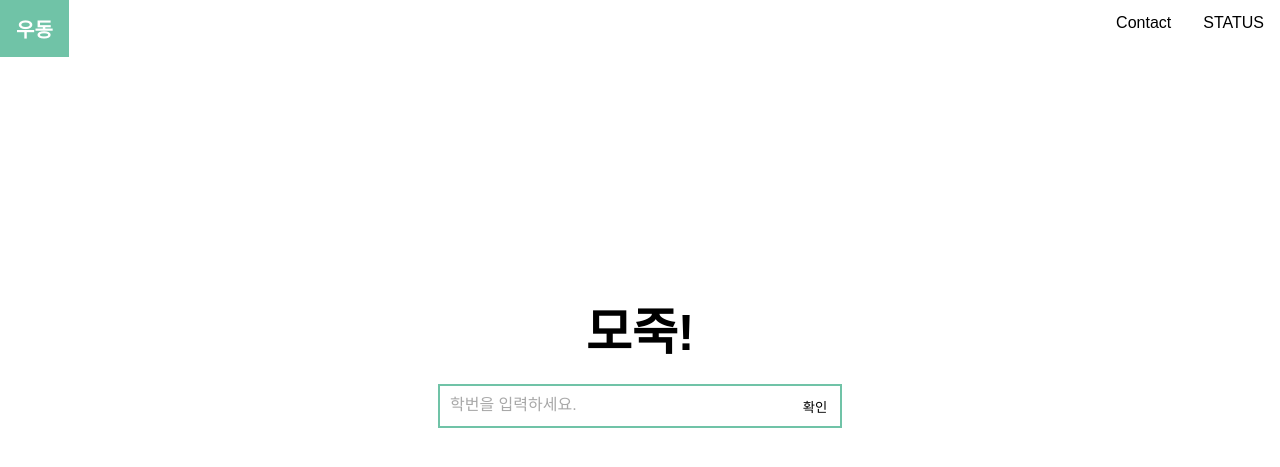
Repository: charmingjae/circles
Page: http://localhost/circles/root/contact.jsp
The author's editor kept a copy of each file at every save. The page is drawn from the files as they stood at one save, then again after the next save.
The browser window is 1280 px wide. The pictures show the whole page.
Some web fonts or font styles are not loaded; a fallback is used. The page is served by Tomcat 9. Other server files are loaded and not shown.

Above is the page before, as saved 2020-07-09 14:49:38.

### circles/WebContent/root/contact.jsp
<%@ page language="java" contentType="text/html; charset=UTF-8"
    pageEncoding="UTF-8"%>
<!DOCTYPE html>
<html>
<head>
	<meta charset="UTF-8">
	<title>MOJUK</title>

	<!-- Link index.css -->
	<link href="../css/index.css" rel="stylesheet" type="text/css">
</head>
<body>
	<!-- include header -->
	<%@include file ="../navbar/navbar.jsp" %>

	<!--
	2020. 07. 08.
	writer : minjae

	2020. 07. 09.
	memo : form tag 추가
	writer : minjae
	-->
	<form onsubmit="return false;" action="wrInfo.jsp" class="container" method="post" name="frmStuNo">
		<div class="container">
			<span> 모죽! </span>
			<div class="main">
				<input type="number" oninput="maxLengthCheck(this)" onkeydown="entValidForm()" maxlength="9" name="inputStuNo" placeholder="학번을 입력하세요.">
				<button type="button" onclick="validForm()">확인</button>
			</div>
		</div>
	</form>
</body>
</html>

### circles/WebContent/navbar/navbar.jsp
<%@ page language="java" contentType="text/html; charset=UTF-8"
    pageEncoding="UTF-8"%>
<!DOCTYPE html>
<html>
<head>
<meta charset="UTF-8">
<title></title>

	<!-- Link navbar.css -->
	<link href="../css/navbar.css" rel="stylesheet" type="text/css">
</head>
	<%
		String getSession = (String)session.getAttribute("userID");
	%>
<body>
	<ul id="main-menu">
		<li class="headName" id="main-menu1"><a href="../root/index.jsp" class="headName">우동</a></li>
		<%
			if((getSession != null) && (getSession.isEmpty() == false)){
				%>
				<li style="float:right" id="main-menu2"><a class="active" href="../root/admPg.jsp"><%=getSession %>님 환영합니다.</a>
					<ul id="sub-menu">
						<li><a class="subAct" href="../mojuk/member.jsp">🍀동아리원🍀</a></li>
						<li><a class="subAct" href="../proc/logout.jsp">로그아웃</a></li>
					</ul>
				</li>
				<%
			}
			else{

				%>
				<li style="float:right"><a class="active" href="../root/status.jsp">STATUS</a></li>
				<%
			}
		%>
		<li style="float:right"><a class="active" href="../root/contact.jsp">Contact</a></li>
	</ul>
</body>
</html>

### circles/WebContent/css/index.css
@charset "UTF-8";

/* @import url(//spoqa.github.io/spoqa-han-sans/css/SpoqaHanSans-kr.css);
@import url(https://fonts.googleapis.com/css?family=Roboto:400,100,700);
body, table, div, .container, span, input, .main{ font-family: ‘Roboto’, ‘Spoqa Han Sans’, ‘Spoqa Han Sans JP’, ‘Sans-serif’; } */

@import url(https://cdn.jsdelivr.net/gh/moonspam/NanumSquare@1.0/nanumsquare.css);

body {
    font-family: 'NanumSquare', sans-serif;
}


/*font-weight는 100(thin), 400(normal), 700(bold)만 사용하세요.*/


/* Chrome, iex, fire-fox Settings */
input:-ms-input-placeholder {color:#a8a8a8;}
input::-webkit-input-placeholder{color:#a8a8a8;}
input::-moz-placeholder{columns: #a8a8a8;}

/* Head Comment */
/* 나중에 px단위를 가변 단위로 바꿀 수 있으면 좋겠다. :-) */

html,body{
	height: 100%;
}

body{
	display:table-cell;
	margin: 0 auto;
}

/* .container{
	height: 100%;
	display: table-cell;
	vertical-align: middle;
	text-align:center;
} */

.container{
	position:absolute;
	left:50%;
	top:50%;
	transform: translate(-50%, -50%);
	vertical-align: middle;
	text-align:center;
}


/* 모죽! 관련 css */
.container span{
	font-size: 50px;
	font-weight: bold;
}


/* 학번 입력 div Settings */
div .main{
    height:40px;
    width: 400px;
    border: 2px solid #70c3a7;
    background: #ffffff;
    margin-top: 20px;
}

input{
	font-size: 16px;
	width: 325px;
	padding: 10px;
	border: 0px;
	outline: none;
	float: left;
}

button{
	width: 50px;
	height: 100%;
	border: 0px;
	background: #ffffff;
	outline: none;
	float: right;
	color: black;
}

button:hover{
	color: #ffffff;
	background: #70c3a7;
}

### circles/WebContent/css/navbar.css
@charset "UTF-8";

@import url(https://cdn.jsdelivr.net/gh/moonspam/NanumSquare@1.0/nanumsquare.css);

body {
    font-family: 'NanumSquare', sans-serif;
}

ul{
	width:100%;
	list-style-type: none;
	margin: 0;
	padding: 0;
	background-color: #ffffff;
	position:fixed;
}

li {
	float:none;
}

a {

  display: inline-block;
  color: black;
  text-align: center;
  padding: 14px 16px;
  text-decoration: none;
}

/* Change the link color to #111 (black) on hover */
a:hover {
  background-color: #70c3a7;
  color:#ffffff;
}

li .headName{
	font-weight: bold;
}

#sub-menu{
	position:absolute;
	opacity: 0;
	visibility: hidden;
}

#main-menu1{
	font-size: 20px;
}

#main-menu1, #main-menu2{
	float:left;
}

#main-menu2:hover #sub-menu{
	opacity:1;
	visibility:visible;
}
.subAct{
	width:130px !important;
}

### circles/WebContent/css/contact.css
@charset "UTF-8";


@import url(https://cdn.jsdelivr.net/gh/moonspam/NanumSquare@1.0/nanumsquare.css);

body {
    font-family: 'NanumSquare', sans-serif;
}

/* Chrome, iex, fire-fox Settings */
input:-ms-input-placeholder {color:#a8a8a8;}
input::-webkit-input-placeholder{color:#a8a8a8;}
input::-moz-placeholder{columns: #a8a8a8;}

/* Head Comment */
/* 나중에 px단위를 가변 단위로 바꿀 수 있으면 좋겠다. :-) */

html,body{
	height: 100%;
}

body{
	display:table-cell;
	margin: 0 auto;
}

/* .container{
	height: 100%;
	display: table-cell;
	vertical-align: middle;
	text-align:center;
} */

.container{
	display:inline-block;
	width:100%;
	position:absolute;
	left:50%;
	top:50%;
	transform: translate(-50%, -50%);
	vertical-align: middle;
	text-align:center;
}


/* Contact 관련 css */
#head{
	font-size: 50px;
	font-weight: bold;
}


/* 학번 입력 div Settings */
div .main{
	margin-left: 30px;
	margin-right: 30px;
	display:inline-block;
    height:100%;
    width: 400px;
    border: 2px solid #70c3a7;
    background: #ffffff;
    margin-top: 20px;
}


#showEtc{
	font-size:20px;
	display:block;
	margin-top : 5px;
	margin-bottom: 30px;
}

After the next save:
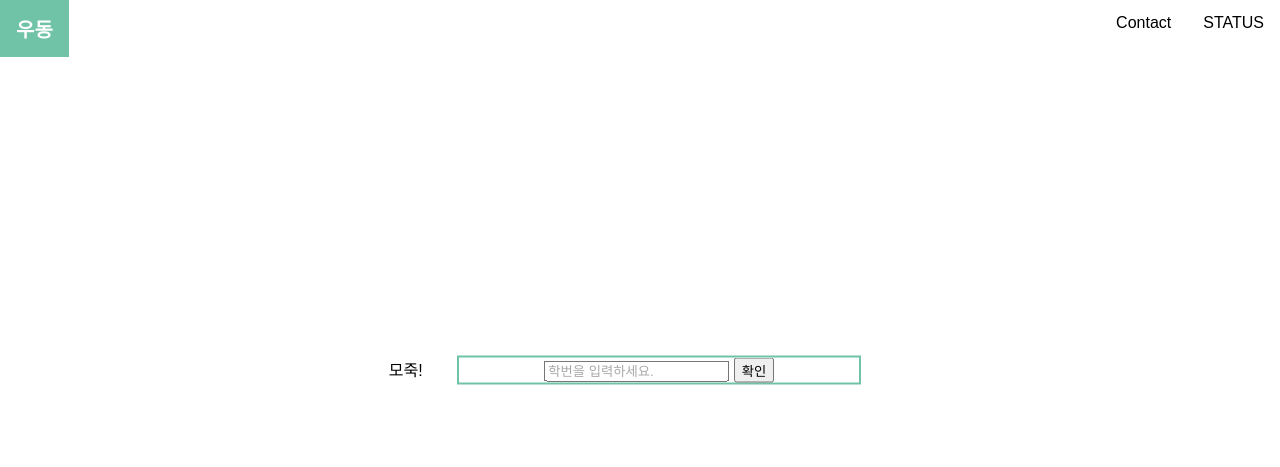
Saved 11 s later.
--- a/circles/WebContent/root/contact.jsp
+++ b/circles/WebContent/root/contact.jsp
@@ -7,7 +7,7 @@
 	<title>MOJUK</title>
 
 	<!-- Link index.css -->
-	<link href="../css/index.css" rel="stylesheet" type="text/css">
+	<link href="../css/contact.css" rel="stylesheet" type="text/css">
 </head>
 <body>
 	<!-- include header -->
